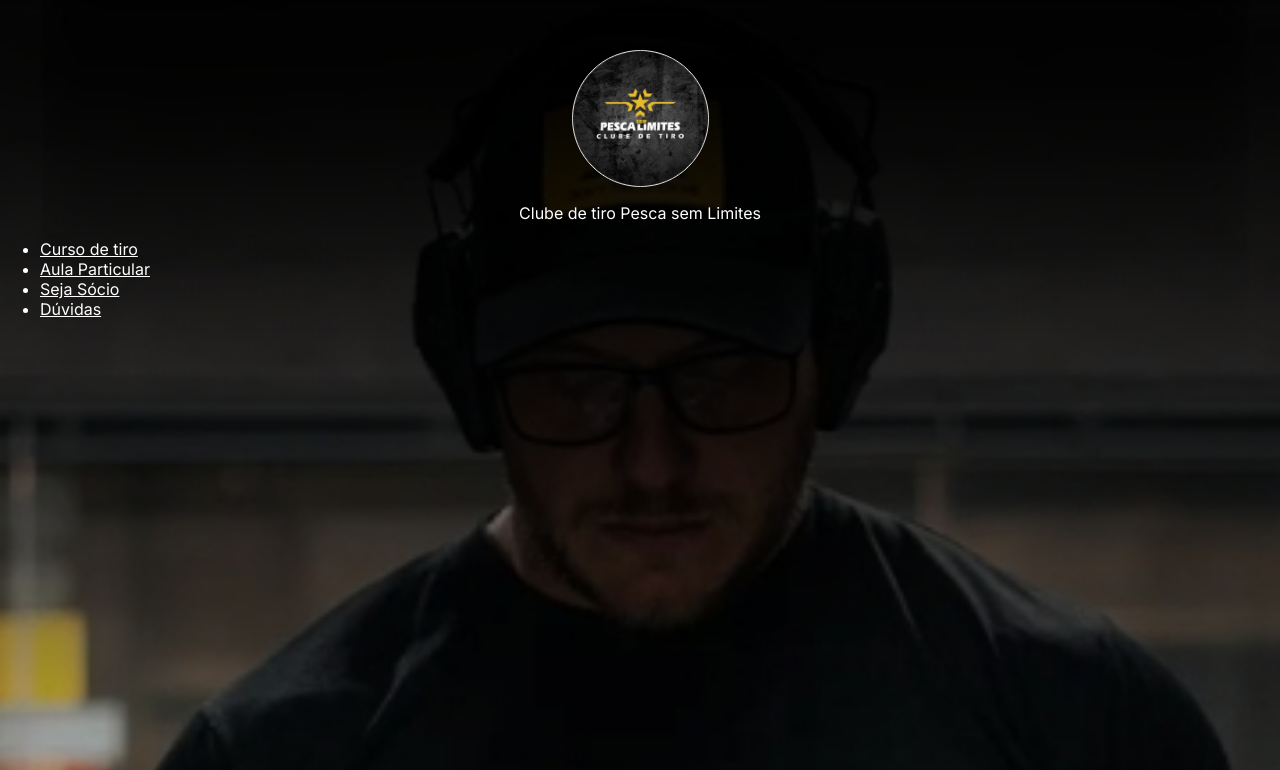
Repository: Fr4nc021/LinkPages-PescasemLimites
Page: index.html
The author's editor kept a copy of each file at every save. The page is drawn from the files as they stood at one save, then again after the next save.
The browser window is 1280 px wide. The pictures show the whole page.

Above is the page before, as saved 2025-02-27 22:07:55.

### index.html
<!DOCTYPE html>
<html lang="pt-br">
<head>
    <link rel="preconnect" href="https://fonts.googleapis.com" />
    <link rel="preconnect" href="https://fonts.gstatic.com" crossorigin
    />
    <link
    href="https://fonts.googleapis.com/css2?family=Inter:ital,opsz,wght@0,14..32,100..900;1,14..32,100..900&display=swap" rel="stylesheet"
    />
    <link rel="stylesheet" href="style.css">
    <meta charset="UTF-8">
    <meta name="viewport" content="width=device-width, initial-scale=1.0">
    <title>LinkPage</title>
</head>
<body>
    <div id="profile">
        <img src="./midia/logo_clube_de_tiro.jpg"
        alt="Logo Pesca sem Limites Clube de tiro">
        <p>Clube de tiro Pesca sem Limites</p>
    </div>

    <div>
        <ul>
            <li>
                <a href="https://www.contate.me/clubedetiropescasemlimites" target="_blank">Curso de tiro</a>
            </li>
            <li>
                <a href="https://www.contate.me/clubedetiropescasemlimites" target="_blank">Aula Particular</a>
            </li>
            <li>
                <a href="https://www.contate.me/clubedetirosocio" target="_blank">Seja Sócio</a>
            </li>
            <li>
                <a href="https://www.contate.me/clubedetirosocio" target="_blank">Dúvidas</a>
            </li>
        </ul>
    </div>

</body>
</html>

### style.css
body * {
    font-family: "Inter", sans-serif;
    color: rgb(255, 255, 255);
}

body {
    background: url(./midia/Foto_fundo_mobile.jpg) no-repeat center center/cover;
    height: 100vh; /* Garante que o body ocupe 100% da altura da tela */
    margin: 0; /* Remove margens padrão */
    padding: 0; /* Remove padding padrão */
}
#profile img {
    border: 1px solid #ddd;
    width: 135px;
    display: block;
    margin: 50px auto 0; /* Adiciona 30px no topo, centraliza horizontalmente e remove margem inferior */
    padding: 0; /* Removendo o padding para evitar espaçamentos extras */
    border-radius: 50%;
}

#profile {
    text-align: center;
}

After the next save:
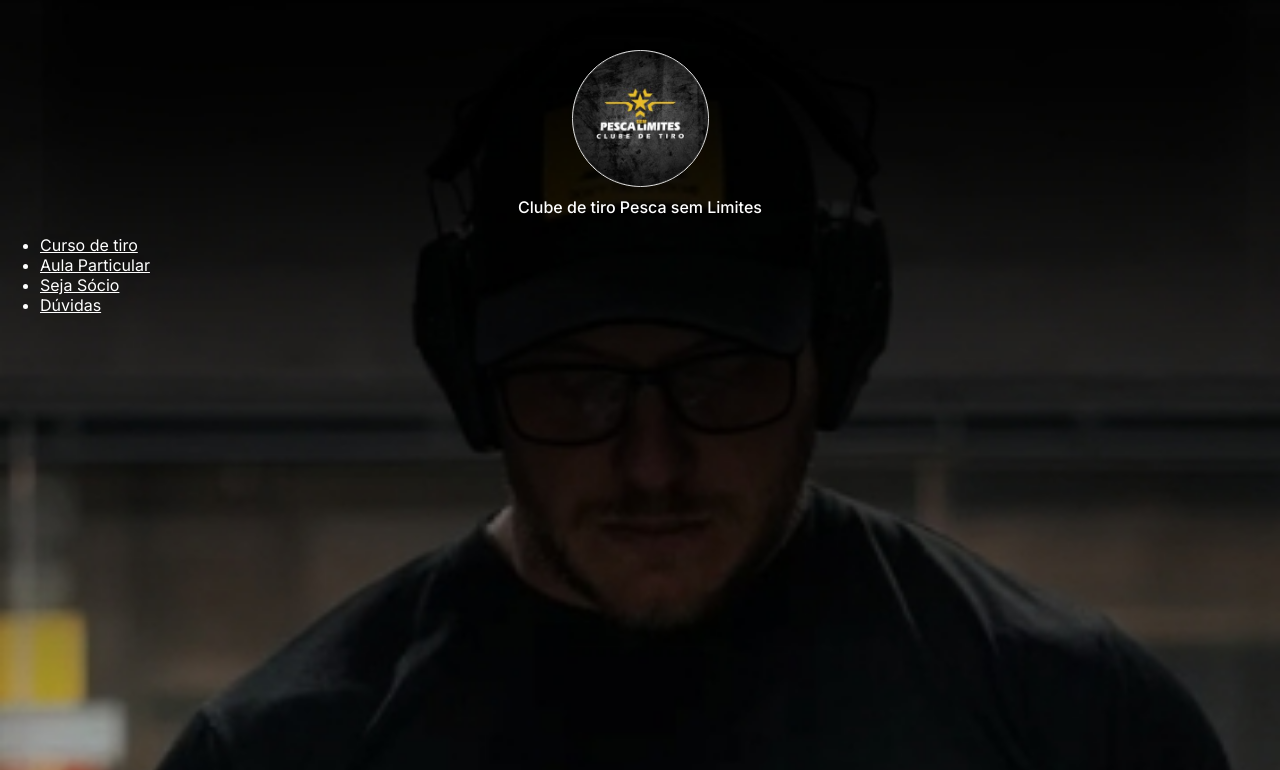
Saved 46 s later.
--- a/style.css
+++ b/style.css
@@ -21,3 +21,8 @@
 #profile {
     text-align: center;
 }
+#profile p {
+    font-weight: 500;
+    line-height: 24px;
+    margin-top: 8px;
+}
